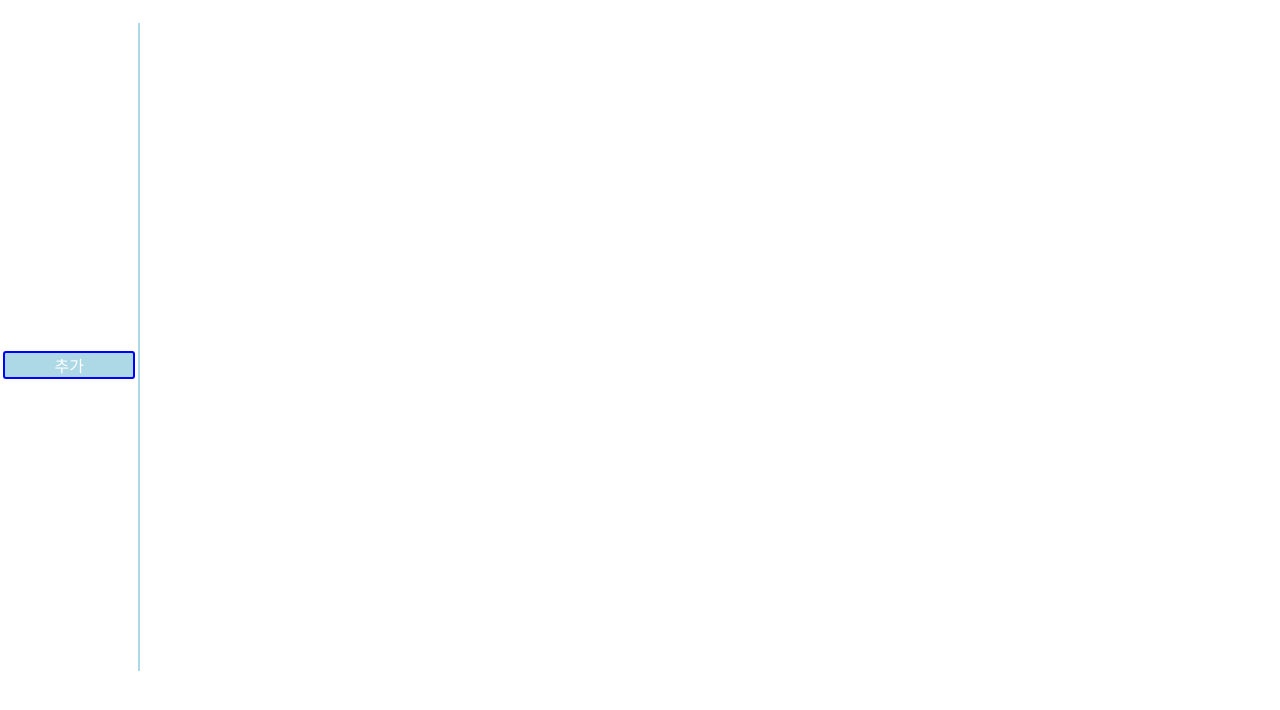
Repository: kKn00077/IOUSOFT
Page: http://localhost/Q2/bookmark.jsp
These files come from the project's save history. The page is drawn as it stood at one moment and after the next save; the edit follows.
The browser window is 1280 px wide. The pictures show the whole page.
The page is served by Tomcat 9. Queries for data that is not in the repository find no rows.

Above is the page before, as saved 2018-11-22 10:29:52.

### Q2/WebContent/bookmark.jsp
<%@page import="Connection.Mysql.MysqlConnectJDBC.MySQLConnection"%>
<%@page import="java.sql.ResultSet"%>
<%@page import="java.sql.PreparedStatement"%>
<%@page import="java.sql.Connection"%>

<%@ page language="java" contentType="text/html; charset=UTF-8"
    pageEncoding="UTF-8"%>

<!DOCTYPE html PUBLIC "-//W3C//DTD HTML 4.01 Transitional//EN" "http://www.w3.org/TR/html4/loose.dtd">
<html>
<head>
<meta http-equiv="Content-Type" content="text/html; charset=UTF-8">
<title>북마크 사이트</title>
<link rel= "stylesheet" type="text/css" href="but.css">
<style>
	body{
		margin:0;
		padding:0;
	}

	#my-iframe{
		display:block;
		border:none;
		border-left:2px solid lightblue;
		height:90vh;
		width:70%;
		margin-top:20px;
		margin-bottom:20px;
	}

	table{
		width:100%;
	}


	table tr td{
		text-align:center;
	}

	ul, ul li{
		padding:0;
		margin:0;
	}
</style>

</head>
<body>

<table>
<tr>

<td>
<ul>

<%



Connection conn=null;
PreparedStatement pstmt=null;
ResultSet rs=null;
conn=MySQLConnection.GetMySQLConnection();

request.setCharacterEncoding("utf-8");

String sql="select * from bookmark";
pstmt=conn.prepareStatement(sql);

rs=pstmt.executeQuery();


while(rs.next()){
	int num=rs.getInt(1);
	String getName=rs.getString(2);
	String getURL=rs.getString(3);
	response.addHeader("X-Frame-Options", "ALLOW-FROM "+getURL);
	%>

	<li><a href="<%=getURL%>" target="view"><%=getName%></a> <a href="delete.jsp?num=<%=num%>" style="color:black" target="view">[삭제]</a></li>
<%
}

MySQLConnection.close(conn);
MySQLConnection.close(pstmt);
MySQLConnection.close(rs);
%>

</ul>

<br><br><a href="add.jsp" id="add_but" style="width:98%" target="view">추가</a>

</td>

<td>
<iframe id="my-iframe" name="view" style="width:100%;" scrolling="yes"/>
</td>

</tr>

</table>

</body>
</html>

### Q2/src/Connection/Mysql/MysqlConnectJDBC/MySQLConnection.java
package Connection.Mysql.MysqlConnectJDBC;

import java.sql.Connection;
import java.sql.DriverManager;
import java.sql.PreparedStatement;
import java.sql.ResultSet;
import java.sql.SQLException;
import java.sql.Statement;

public class MySQLConnection {
public static Connection GetMySQLConnection() {

		Connection conn=null;

		try{
			 String jdbcDriver = "jdbc:mysql://localhost:3306/mysql?useUnicode=true&characterEncoding=utf8&verifyServerCertificate=false&useSSL=false&serverTimezone=UTC";
			 String dbUser = "root";
			 String dbPass = "1234";
			 System.out.println("잘옴");
			 Class.forName("com.mysql.cj.jdbc.Driver");

			 System.out.println("클래스찾음");
			 conn = DriverManager.getConnection(jdbcDriver, dbUser, dbPass);
			 System.out.println("연결됨");


		}catch(ClassNotFoundException e) {
			System.out.println("드라이버가 없음");
		}catch(SQLException e){
			e.printStackTrace();
			System.out.println("사용자 계정 혹은 비번 불일치");
		}catch(Exception e) {
			e.printStackTrace();
		}

		return conn;
	}

	public static void close(Connection conn) {
		try{if(conn!=null) {conn.close();}}catch(Exception e) {e.printStackTrace();}
	}

	public static void close(Statement stmt) {
		try{if(stmt!=null) {stmt.close();}}catch(Exception e) {e.printStackTrace();}
	}

	public static void close(PreparedStatement pstmt) {
		try{if(pstmt!=null) {pstmt.close();}}catch(Exception e) {e.printStackTrace();}
	}

	public static void close(ResultSet rs) {
		try{if(rs!=null) {rs.close();}}catch(Exception e) {e.printStackTrace();}
	}
}

### Q2/WebContent/but.css
@charset "UTF-8";

#add_but{
		border:2px solid blue;
		border-radius: 3px;
		background-color:lightblue;
		color:white;
		text-decoration: none;
		display:block;
}

After the next save:
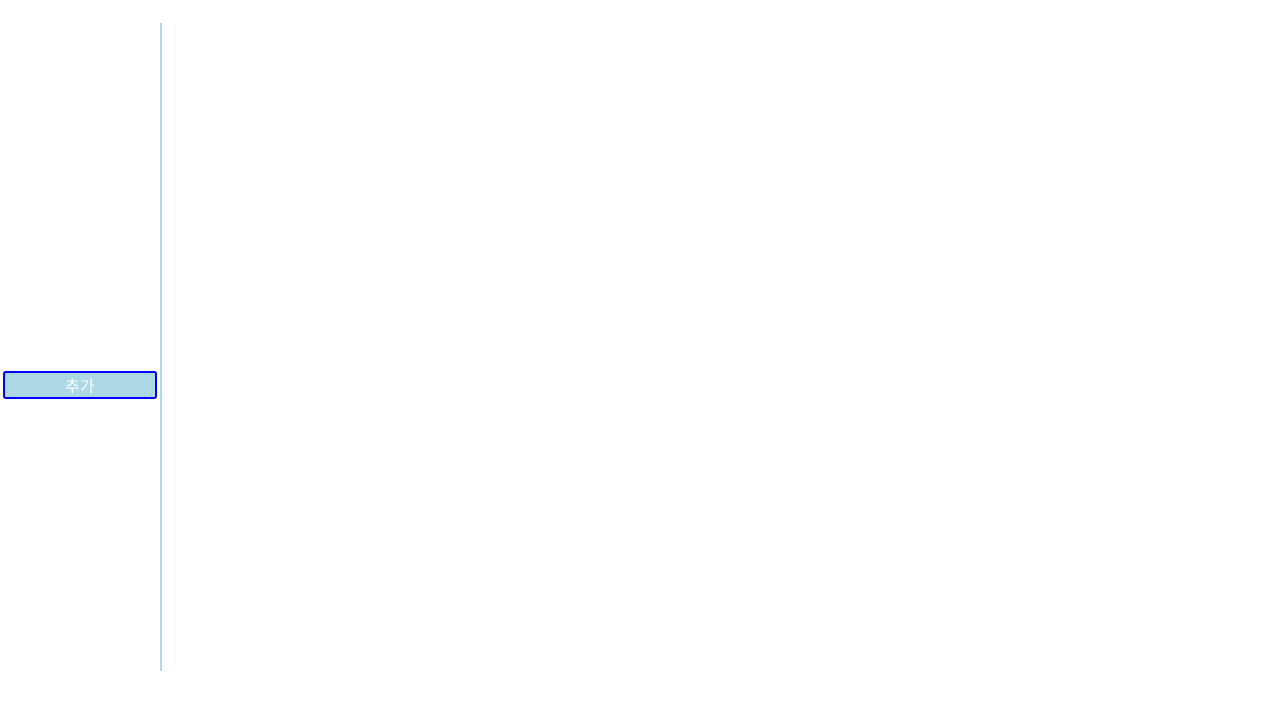
Saved 82 s later.
--- a/Q2/WebContent/bookmark.jsp
+++ b/Q2/WebContent/bookmark.jsp
@@ -38,8 +38,8 @@
 	}
 
 	ul, ul li{
-		padding:0;
-		margin:0;
+		padding:10px;
+		margin:10px;
 	}
 </style>
 
